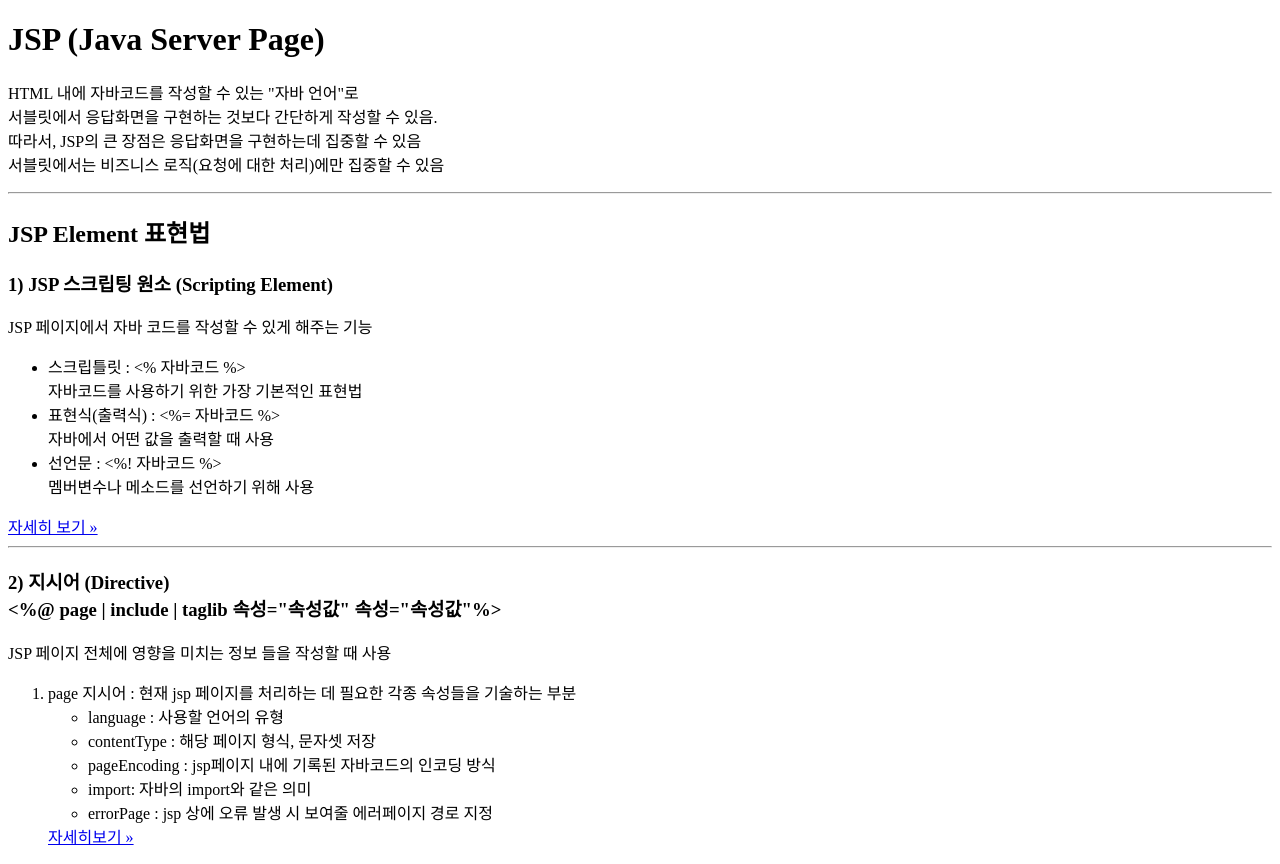
Repository: smjae96/Backup
Page: 5_Servlet/2_JSP/src/main/webapp/index.html
These files come from the project's save history. The page is drawn as it stood at one moment and after the next save; the edit follows.
The browser window is 1280 px wide. The pictures show the whole page.

Above is the page before, as saved 2024-03-08 00:42:51.

### 5_Servlet/2_JSP/src/main/webapp/index.html
<!DOCTYPE html>
<html>
<head>
<meta charset="UTF-8">
<title>JSP Page</title>
</head>
<body>
	<h1>JSP (Java Server Page)</h1>
	<p>
		HTML 내에 자바코드를 작성할 수 있는 "자바 언어"로 <br>
		서블릿에서 응답화면을 구현하는 것보다 간단하게 작성할 수 있음.<br>
		따라서, JSP의 큰 장점은 응답화면을 구현하는데 집중할 수 있음<br>
		서블릿에서는 비즈니스 로직(요청에 대한 처리)에만 집중할 수 있음
	</p>
	<hr>

	<h2>JSP Element 표현법</h2>
	<h3>1) JSP 스크립팅 원소 (Scripting Element)</h3>
	<p>JSP 페이지에서 자바 코드를 작성할 수 있게 해주는 기능</p>

	<ul>
		<li>
			스크립틀릿 : &lt;% 자바코드 %&gt; <br>
			자바코드를 사용하기 위한 가장 기본적인 표현법
		</li>
		<li>
			표현식(출력식) : &lt;%= 자바코드 %&gt; <br>
			자바에서 어떤 값을 출력할 때 사용
		</li>
		<li>
			선언문 : &lt;%! 자바코드 %&gt; <br>
			멤버변수나 메소드를 선언하기 위해 사용
		</li>
	</ul>

	<a href="views/01_ScriptingElement.jsp">자세히 보기 &raquo;</a>
	<hr>

	<h3>
		2) 지시어 (Directive) <br>
		&lt;%@ page | include | taglib 속성="속성값"
		속성="속성값"%&gt;
	</h3>
	<p>JSP 페이지 전체에 영향을 미치는 정보
		들을 작성할 때 사용</p>
	<ol>
		<li>
			page 지시어 : 현재 jsp 페이지를 처리하는 데 필요한 각종 속성들을 기술하는 부분 <br>
			<ul>
				<li>language : 사용할 언어의 유형</li>
				<li>contentType : 해당 페이지 형식, 문자셋 저장</li>
				<li>pageEncoding : jsp페이지 내에 기록된 자바코드의 인코딩 방식</li>
				<li>import: 자바의 import와 같은 의미</li>
				<li>errorPage : jsp 상에 오류 발생 시 보여줄 에러페이지 경로 지정</li>
			</ul>
			<a href="views/02_directivePage.jsp">자세히보기 &raquo;</a>
		</li>
	</ol>
</body>
</html>

After the next save:
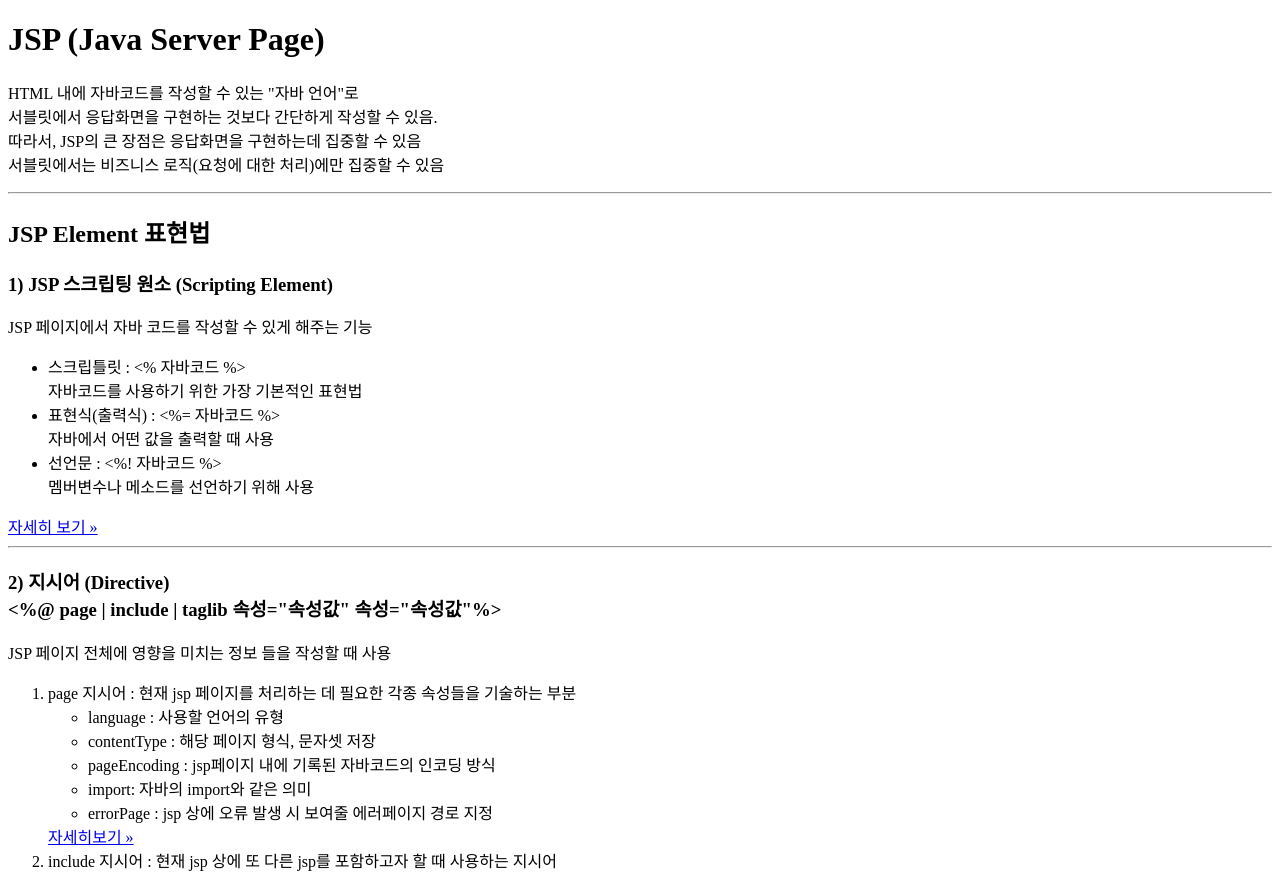
Saved 6 min 31 s later.
--- a/5_Servlet/2_JSP/src/main/webapp/index.html
+++ b/5_Servlet/2_JSP/src/main/webapp/index.html
@@ -55,6 +55,10 @@
 			</ul>
 			<a href="views/02_directivePage.jsp">자세히보기 &raquo;</a>
 		</li>
+
+		<li>
+			include 지시어 : 현재 jsp 상에 또 다른 jsp를 포함하고자 할 때 사용하는 지시어
+		</li>
 	</ol>
 </body>
 </html>
